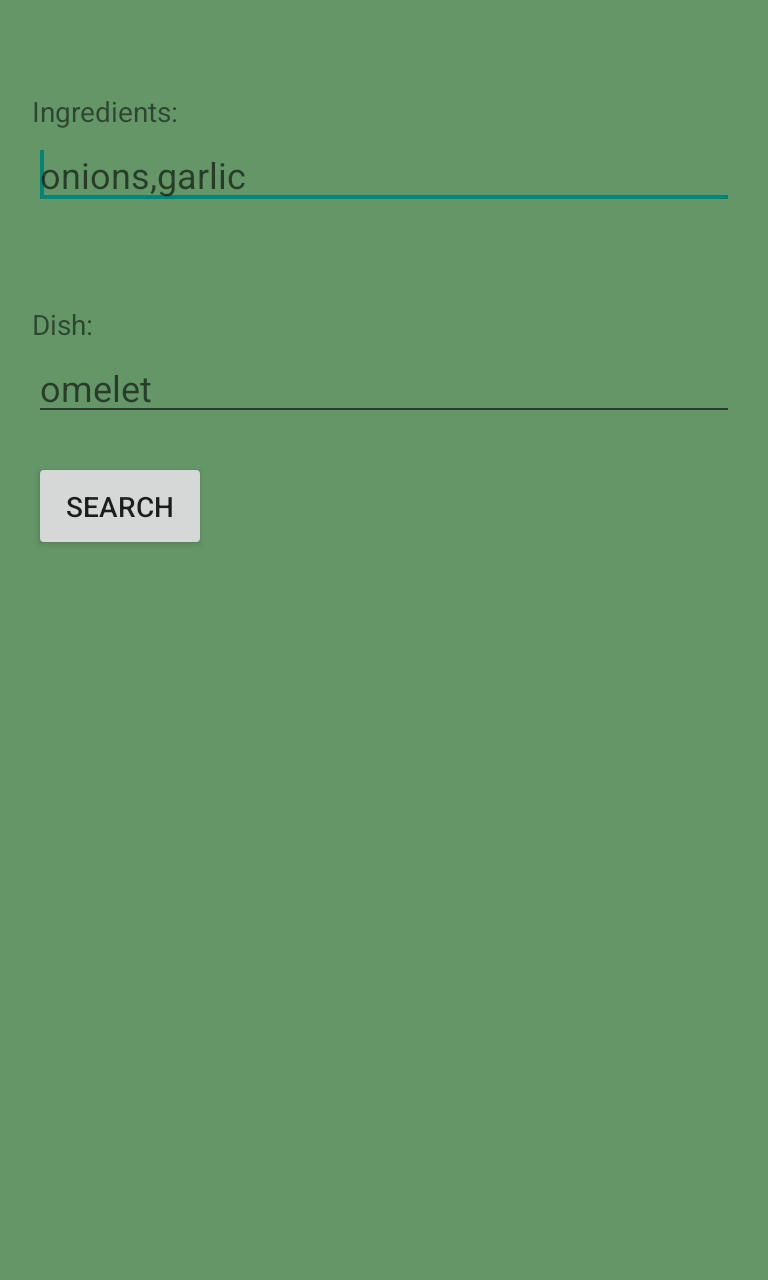
Repository: jerin-m-jose/Recipe-Puppy-Android
Layout: RecipePuppy/MagicRecipe/res/layout/fragment_search.xml
These files come from the project's save history. The layout is drawn as it stood at one moment and after the next save; the edit follows.
It is drawn on a 768 x 1280 px phone screen (xhdpi) without system bars, with theme AppTheme; the app's code is not run.

Above is the layout before, as saved 2014-10-03 14:28:29.

After the next save:
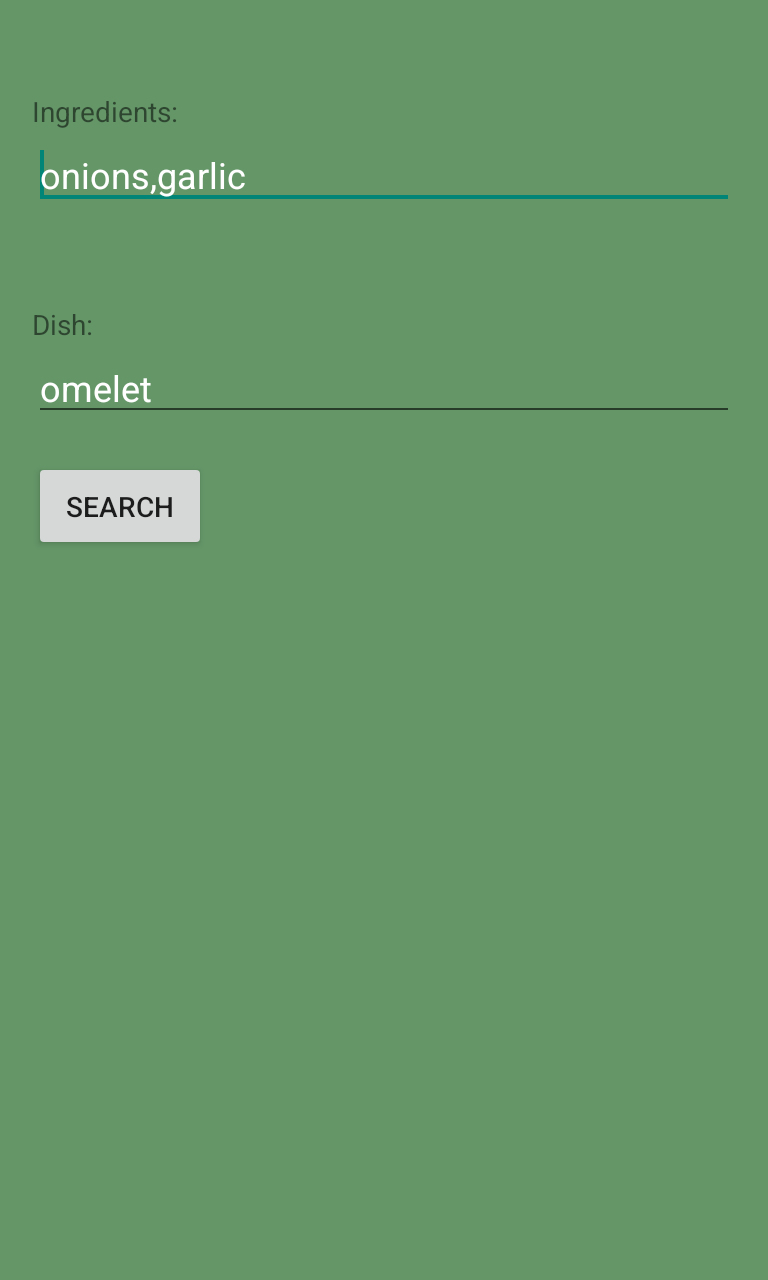
Saved 74 s later.
--- a/RecipePuppy/MagicRecipe/res/layout/fragment_search.xml
+++ b/RecipePuppy/MagicRecipe/res/layout/fragment_search.xml
@@ -22,7 +22,8 @@
         android:layout_width="match_parent"
         android:layout_height="wrap_content"
         android:ems="10"
-        android:hint="@string/ingredients_search_hint" >
+        android:hint="@string/ingredients_search_hint"
+        android:textColorHint="@android:color/white" >
 
         <requestFocus />
     </EditText>
@@ -39,15 +40,16 @@
         android:layout_width="match_parent"
         android:layout_height="wrap_content"
         android:ems="10"
-        android:hint="@string/dish_search_hint" >
+        android:hint="@string/dish_search_hint"
+        android:textColorHint="@android:color/white" >
     </EditText>
 
     <Button
-        android:layout_marginTop="16dp"
         android:id="@+id/searchButton"
         android:layout_width="wrap_content"
         android:layout_height="wrap_content"
-        android:text="@string/search">
+        android:layout_marginTop="16dp"
+        android:text="@string/search" >
     </Button>
 
 </LinearLayout>
